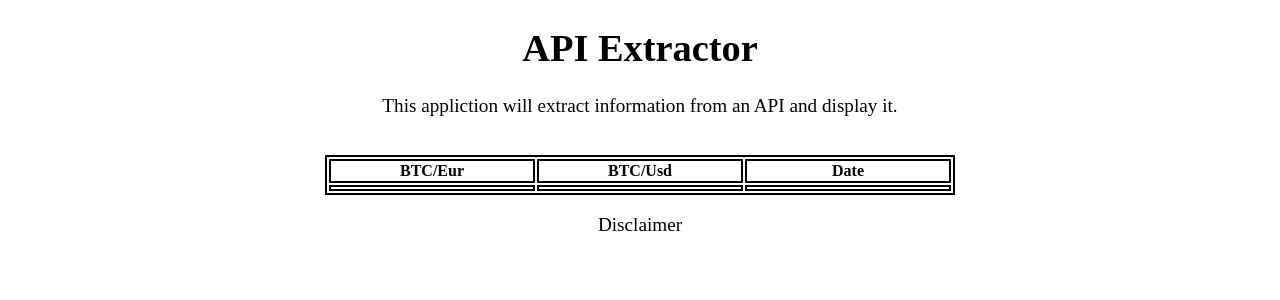
Repository: vxyux/api-extraction
Page: index.html
These files come from the project's save history. The page is drawn as it stood at one moment and after the next save; the edit follows.
The browser window is 1280 px wide. The pictures show the whole page.
The page's requests for data from a server got no answer.

Above is the page before, as saved 2023-09-05 10:52:00.

### index.html
<!DOCTYPE html>
<html lang="en">
<head>
  <meta charset="UTF-8">
  <meta name="viewport" content="width=device-width, initial-scale=1.0">
  <title>Document</title>
  <link rel="stylesheet" href="stylesheet.css">
  <script src="app.js"></script>
</head>
<body>
  <div class="center">
    <h1>API Extractor</h1>
    <p>This appliction will extract information from an API and display it.</p>
  </div>

  <img src="" id="loading" alt="">

  <table>
  <tr>
    <th>BTC/Eur</th>
    <th>BTC/Usd</th>
    <th>Date</th>
  </tr>
  <tr>
      <td><div class="center" id="rate-eur"></div></td>
      <td><div class="center" id="rate-usd"></div></td>
      <td><div class="center" id="date"></div></td>
    </div>
  </tr>
</table>

  <div class="center">
    <p>Disclaimer</p>
  </div>
</body>
</html>

### stylesheet.css
.center {
  text-align: center;
  font-size: 120%;
}

table, th, td
{
  border: 1px solid black;
  border-width: 2px;
  margin-left: auto;
  margin-right: auto;
  min-width: 200px;
}

@media screen and (min-width: 600px) {
  table {
    max-width: 10px;
  }
}

### app.js
const api_url = 'https://api.coindesk.com/v1/bpi/currentprice.json';

// return a promise - execute the rest while loading this function
async function getapi(url) {

  const response = await fetch(url);
  var data = await response.json();

  console.log(data);

  if (response) {
    hideloader();
  }
  show(data);
}

getapi(api_url);

function hideloader() {
  document.getElementById('loading').style.display = 'none';
}

function show(data) {
  var rate_eur = data.bpi.EUR.rate;
  var rate_usd = data.bpi.USD.rate;
  var date = data.time.updated;

  document.getElementById('rate-eur').innerHTML =
    '<p>' + rate_eur + '</p>';

  document.getElementById('rate-usd').innerHTML =
    '<p>' + rate_usd + '</p>';

  document.getElementById('date').innerHTML = '<p>' + date + '</p>';
}

After the next save:
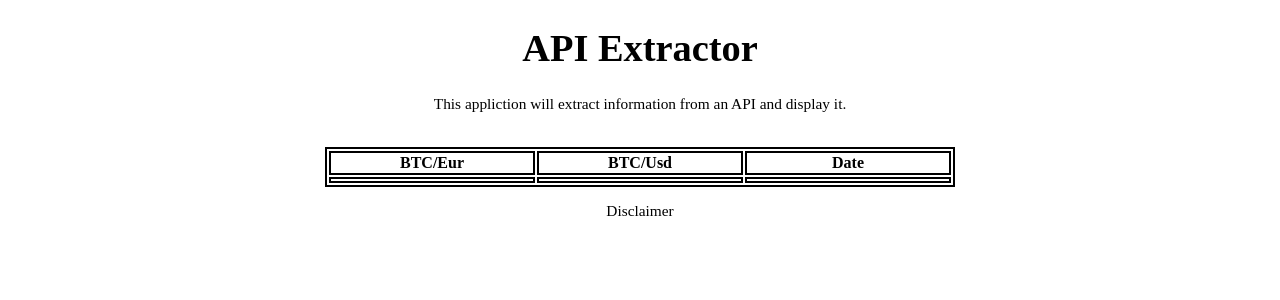
Saved 26 s later.
--- a/stylesheet.css
+++ b/stylesheet.css
@@ -1,6 +1,10 @@
 .center {
   text-align: center;
   font-size: 120%;
+}
+
+.center p {
+  font-size: 80%;
 }
 
 table, th, td
